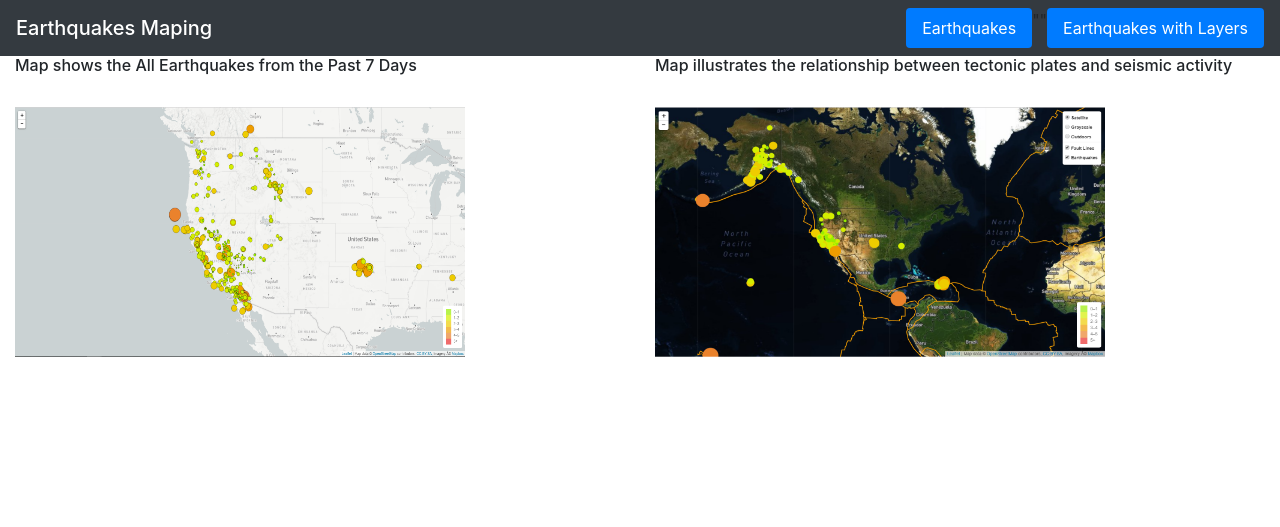
Repository: ermiasgelaye/leaflet-challenge
Page: index.html
The author's editor kept a copy of each file at every save. The page is drawn from the files as they stood at one save, then again after the next save.
The browser window is 1280 px wide. The pictures show the whole page.

Above is the page before, as saved 2020-09-18 22:36:54.

After the next save:
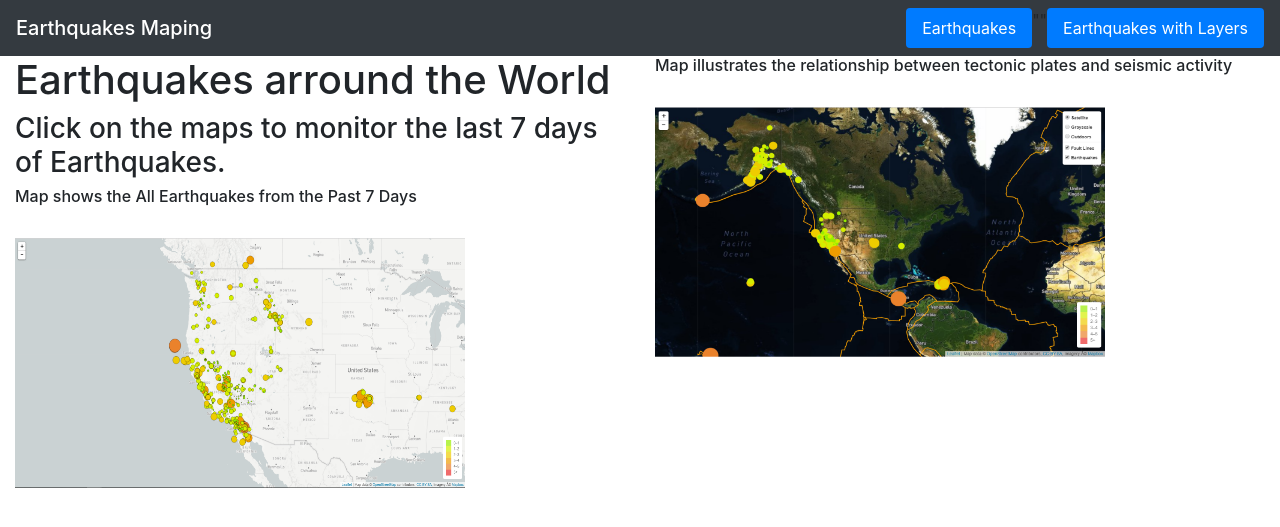
Saved 9 s later.
--- a/index.html
+++ b/index.html
@@ -38,6 +38,10 @@
     <div  class="container-fluid">
       <div class="row">
         <div class="col-lg-6">
+                  <h1>Earthquakes arround the World</h1>
+                  <h3>
+                    Click on the maps to monitor the last 7 days of Earthquakes.
+                  </h3>
           <h6>Map shows the All Earthquakes from the Past 7 Days</h6>
           <br />
           <a href="Leaflet-Step-1/step-1.html"
